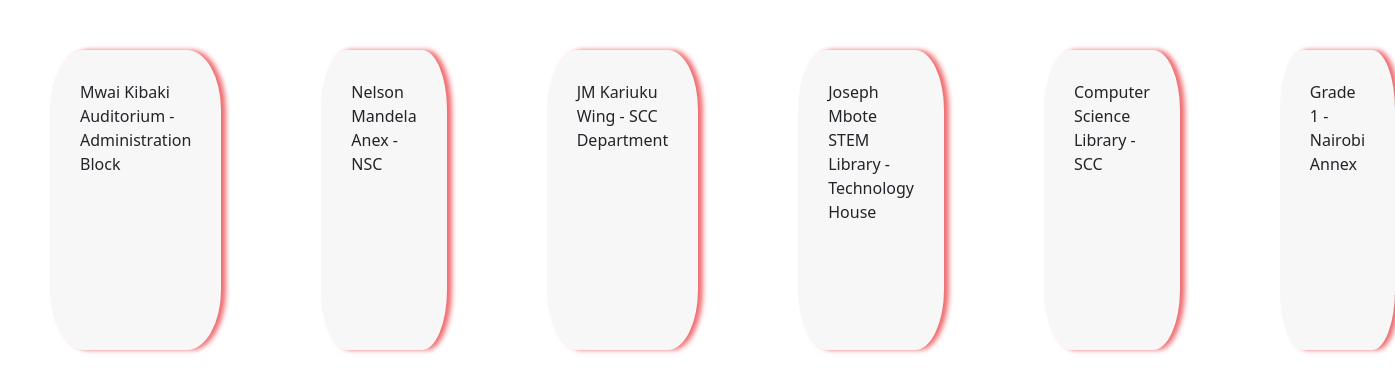
Repository: Mbote-Joseph/Library-Shelves-Books-Managements
Page: http://localhost/
An editor plug-in stored every save of this project. The page is shown before and after the next save, followed by the edit.
The browser window is 1280 px wide. The page is 1395 px wide, so the pictures cover 1395 px, including what lies to the right of the window. The pictures show the whole page.
The page is served by the project's application, run on Django 5.2 (manage.py). Other server files are loaded and not shown. The page reads the database file committed with the project.

Above is the page before, as saved 2025-12-30 17:59:45.

### books/templates/books/library_view.html
{% extends "base.html" %}

{% block title %}
    Libraries List
{% endblock %}


{% block content %}
    <div class="cards">
    {% for library in libraries %}
        <div class ="library"> {{library}} </div>
    {% endfor %}
    </div>
{% endblock %}

### static/templates/base.html
{% load static %}
<!doctype html>
<html lang="en">
  <head>
    <meta charset="utf-8">
    <meta name="viewport" content="width=device-width, initial-scale=1">
    <title>
        {% block title %}

        {% endblock %}
    </title>
    <link href="https://cdn.jsdelivr.net/npm/bootstrap@5.3.8/dist/css/bootstrap.min.css" rel="stylesheet" integrity="sha384-sRIl4kxILFvY47J16cr9ZwB07vP4J8+LH7qKQnuqkuIAvNWLzeN8tE5YBujZqJLB" crossorigin="anonymous">
    <link rel="stylesheet" type='text/css' href="{% static 'css/styles.css' %}">
  </head>
  <body>

    {% block content %}

    {% endblock %}


    <script src="https://cdn.jsdelivr.net/npm/bootstrap@5.3.8/dist/js/bootstrap.bundle.min.js" integrity="sha384-FKyoEForCGlyvwx9Hj09JcYn3nv7wiPVlz7YYwJrWVcXK/BmnVDxM+D2scQbITxI" crossorigin="anonymous"></script>
  </body>
</html>

### books/models.py
from django.db import models

# Create your models here.
class Library(models.Model):
    name = models.CharField(max_length=50)
    students_capacity = models.IntegerField()
    location = models.CharField(max_length=100)
    created_on = models.DateTimeField(auto_now_add=True)

    def __str__(self):
        return f"{self.name} - {self.location}"

class Shelf(models.Model):
    label = models.CharField(max_length=50)
    books_capacity = models.CharField()
    library = models.ForeignKey(Library, on_delete=models.CASCADE)
    created_on = models.DateTimeField(auto_now_add=True)

    def __str__(self):
        return f"{self.label} On {self.library} Library"

class Book(models.Model):
    title = models.CharField(max_length=100)
    author = models.CharField(max_length=100)
    isbn = models.CharField(max_length=10)
    description = models.TextField()
    is_published = models.BooleanField(default=False)
    is_new = models.BooleanField(default=False)
    shelf = models.ForeignKey(Shelf, on_delete=models.CASCADE)

    def __str__(self):
        return f"{self.title} By {self.author}"

### books/views.py
from django.shortcuts import render
from django.views.generic import ListView

from .models import Library, Shelf, Book

# Create your views here.
class LibraryListView(ListView):
    model = Library
    context_object_name = "libraries"
    queryset = Library.objects.all()
    template_name = 'books/library_view.html'

class ShelfListView(ListView):
    model = Shelf
    context_object_name = "shelves"
    queryset = Shelf.objects.all()
    template_name = 'books/shelf_view.html'


class BookListView(ListView):
    model = Book
    context_object_name = "books"
    queryset = Book.objects.all()
    template_name = 'books/book_view.html'

### learn/urls.py
"""
URL configuration for learn project.

The `urlpatterns` list routes URLs to views. For more information please see:
    https://docs.djangoproject.com/en/6.0/topics/http/urls/
Examples:
Function views
    1. Add an import:  from my_app import views
    2. Add a URL to urlpatterns:  path('', views.home, name='home')
Class-based views
    1. Add an import:  from other_app.views import Home
    2. Add a URL to urlpatterns:  path('', Home.as_view(), name='home')
Including another URLconf
    1. Import the include() function: from django.urls import include, path
    2. Add a URL to urlpatterns:  path('blog/', include('blog.urls'))
"""
from django.contrib import admin
from django.urls import path, include

urlpatterns = [
    path('admin/', admin.site.urls),
    path('', include('books.urls'))
]

### books/urls.py
from django.urls import path

from books.views import LibraryListView, ShelfListView, BookListView

urlpatterns = [
    path('', LibraryListView.as_view(), name = 'libraries'),
    path('shelf', ShelfListView.as_view(), name = 'shelves'),
    path('book', BookListView.as_view(), name="books")
]

### static/css/styles.css
/**
 * Copyright 2025 josephmbote
 *
 * Licensed under the Apache License, Version 2.0 (the "License");
 * you may not use this file except in compliance with the License.
 * You may obtain a copy of the License at
 *
 *     https://www.apache.org/licenses/LICENSE-2.0
 *
 * Unless required by applicable law or agreed to in writing, software
 * distributed under the License is distributed on an "AS IS" BASIS,
 * WITHOUT WARRANTIES OR CONDITIONS OF ANY KIND, either express or implied.
 * See the License for the specific language governing permissions and
 * limitations under the License.
 */

.library {
    width: 300px;
    /* min-width: 200px; */
    height: 300px;
    /* max-height: 400px; */
    background-color: #f7f7f7;
    box-shadow: 5px 0 5px 0 #ee6e73;
    border: none;
    margin: 50px;
    padding: 30px;
    border-radius: 20%;
}

.cards{
    display: flex;


}

### db.sqlite3 (the tables this page reads, as SQL)
CREATE TABLE "books_library" ("id" integer NOT NULL PRIMARY KEY AUTOINCREMENT, "name" varchar(50) NOT NULL, "students_capacity" integer NOT NULL, "location" varchar(100) NOT NULL, "created_on" datetime NOT NULL);
INSERT INTO "books_library" VALUES
(1, 'Mwai Kibaki Auditorium', 100, 'Administration Block', '2025-12-29 22:41:55.696199'),
(2, 'Nelson Mandela Anex', 85, 'NSC', '2025-12-29 22:42:34.244470'),
(3, 'JM Kariuku Wing', 75, 'SCC Department', '2025-12-30 11:00:04.766333'),
(4, 'Joseph Mbote STEM Library', 56, 'Technology House', '2025-12-31 18:37:10.968556'),
(5, 'Computer Science Library', 50, 'SCC', '2025-12-31 18:39:11.248294'),
(6, 'Grade 1', 20, 'Nairobi Annex', '2025-12-31 18:41:43.779190');

After the next save:
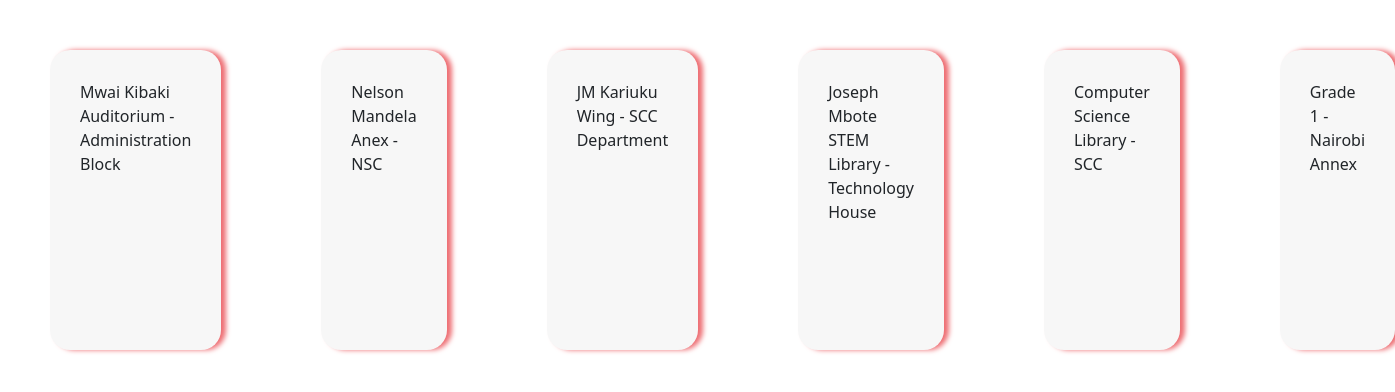
Saved 10 s later.
--- a/static/css/styles.css
+++ b/static/css/styles.css
@@ -24,7 +24,7 @@
     border: none;
     margin: 50px;
     padding: 30px;
-    border-radius: 20%;
+    border-radius: 20px;
 }
 
 .cards{
